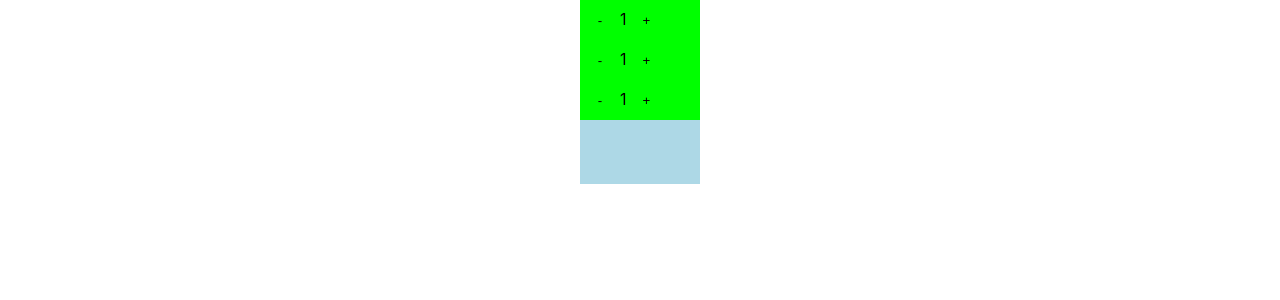
Repository: max535/test-task-netrika
Page: /
An editor plug-in stored every save of this project. The page is shown before and after the next save, followed by the edit.
The browser window is 1280 px wide. The pictures show the whole page.
The project was rebuilt for these pictures with package versions that can differ from the ones it lists, and the page was loaded fresh each time.

Above is the page before, as saved 2021-10-16 06:58:31.

### public/index.html
<!DOCTYPE html>
<html lang="en">
  <head>
    <meta charset="utf-8" />
    <meta name="viewport" content="width=device-width, initial-scale=1" />
    <title>Тестовые задания</title>
  </head>
  <body>
    <div id="root"></div>
  </body>
</html>

### src/App.js
import React from 'react';
import Counter from './Counter/Counter';
import './App.css';

function App() {
  return (
    <div className="App">
      <div className="Frame">
        <Counter className="White" />
        <Counter className="Red" />
        <Counter className="Lime" />
      </div>
    </div>
  );
}

export default App;

### src/Counter/Counter.js
import React, { useState } from 'react';
import "./Counter.css";

const Counter = () => {
    const [count, setCount] = useState(1);

    const handleIncrement = () => {
        setCount(count + 1);
    }

    const handleDecrement = () => {
        setCount(count - 1);
    }

    return (
        <div className="Counter">
            <button className="Decrement" onClick={handleDecrement}>-</button>
            <span className="Count">{count}</span>
            <button className="Increment" onClick={handleIncrement}>+</button>
        </div>
    );
}

export default Counter;

### src/App.css
.App {
  display: flex;
  flex-direction: column;
  align-items: center;
  width: 100%;
  height: 100%;
}

### src/Counter/Counter.css
.Frame {
    width: 120px;
    height: 184px;
    background-color: lightblue;
}

.Counter {
   width: 120px;
   height: 40px;
   background-color: lime;

}

.Decrement, .Increment {
    width: 40px;
    height: 40px;
    border: none;
    background-color: inherit;
}

/* .Increment {
    width: 40px;
    height: 40px;
} */

.Count {
    width: 40px;
    height: 40px;
}

Loaded but not shown: src/index.js (common file); src/index.css (common file)

After the next save:
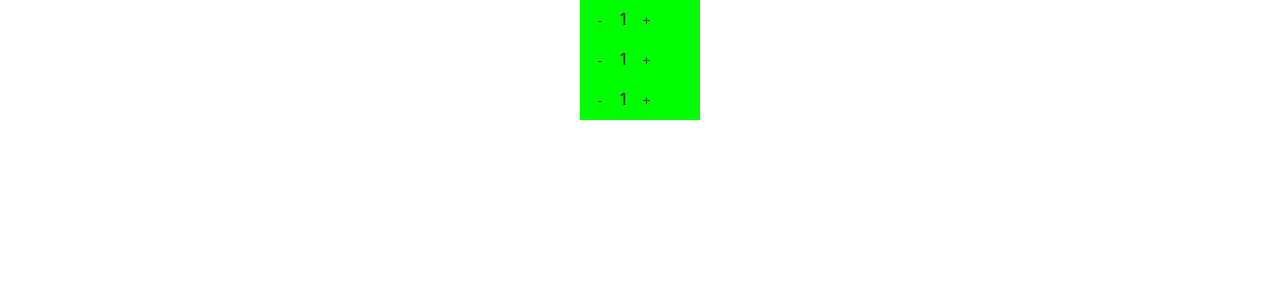
Saved 13 s later.
--- a/src/Counter/Counter.css
+++ b/src/Counter/Counter.css
@@ -1,9 +1,3 @@
-.Frame {
-    width: 120px;
-    height: 184px;
-    background-color: lightblue;
-}
-
 .Counter {
    width: 120px;
    height: 40px;

After the save that followed:
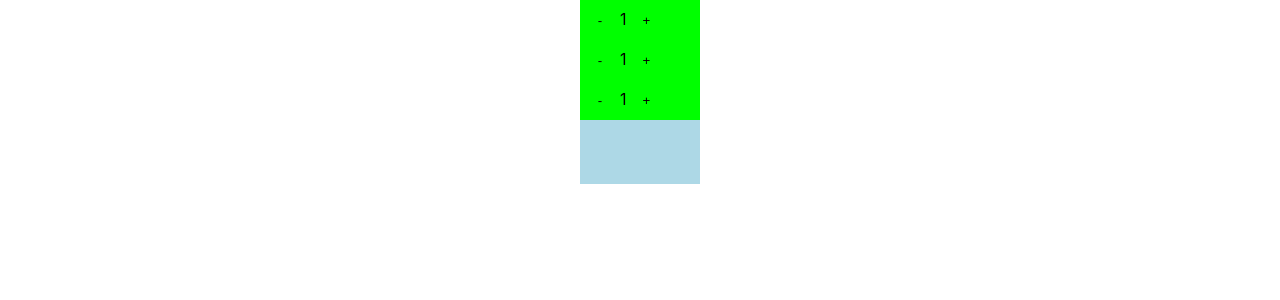
Saved 4 s later.
--- a/src/App.css
+++ b/src/App.css
@@ -5,3 +5,9 @@
   width: 100%;
   height: 100%;
 }
+
+.Frame {
+  width: 120px;
+  height: 184px;
+  background-color: lightblue;
+}
